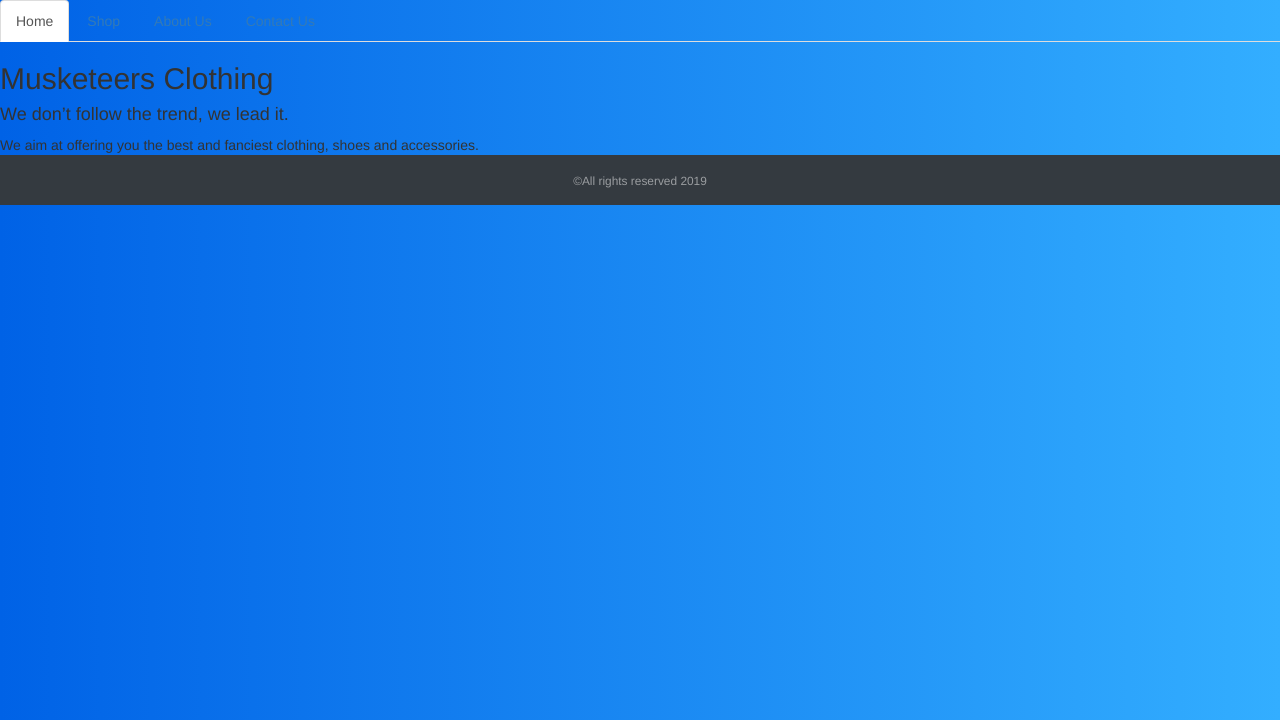
Repository: hamadanoor9/musketeers
Page: http://localhost/MusketeersClothing/WEB-INF/jsp/Home.jsp
The author's editor kept a copy of each file at every save. The page is drawn from the files as they stood at one save, then again after the next save.
The browser window is 1280 px wide. The pictures show the whole page.
The page is served by Tomcat 9. Nobody is signed in. The template is opened directly, without the code that normally fills it, so the values that code supplies are empty.

Above is the page before, as saved 2019-10-07 02:05:12.

After the next save:
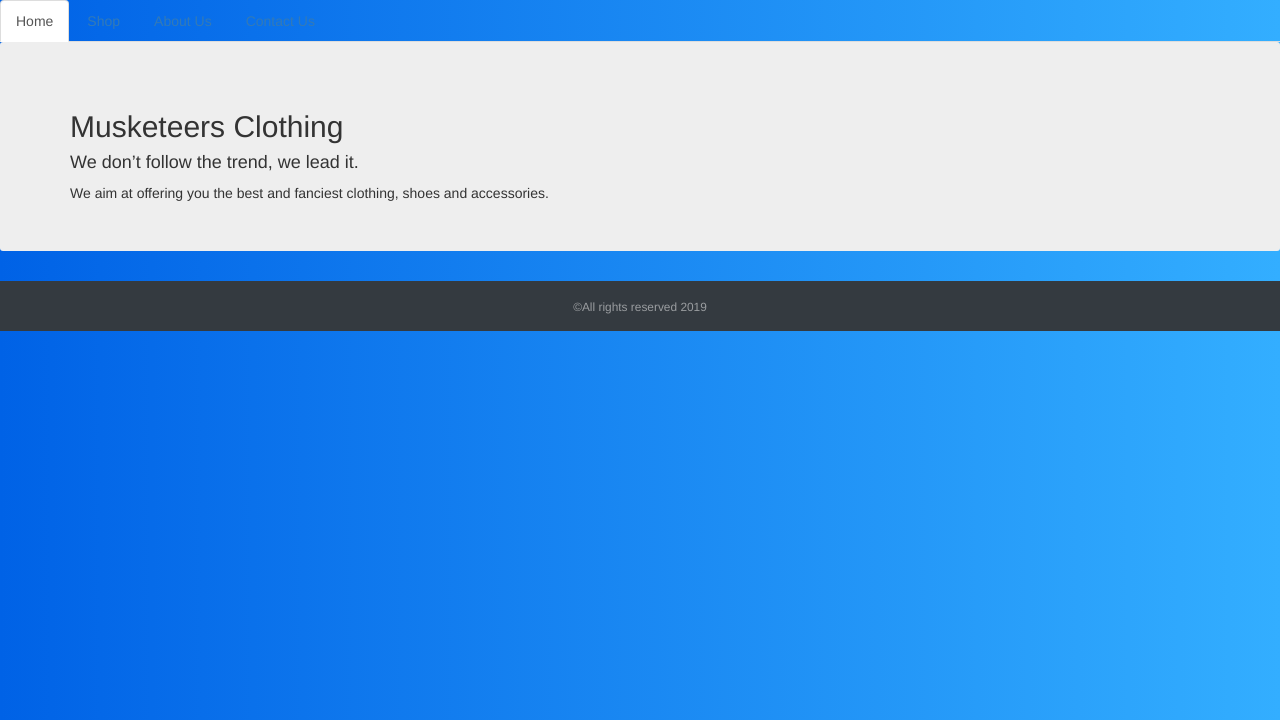
Saved 117 s later.
--- a/MusketeersClothing/WebContent/WEB-INF/jsp/Home.jsp
+++ b/MusketeersClothing/WebContent/WEB-INF/jsp/Home.jsp
@@ -1,8 +1,13 @@
 <%@ page language="java" contentType="text/html; charset=UTF-8"
     pageEncoding="UTF-8"%>
+    <jsp:include page="Header.jsp" />
+<div class="jumbotron">
+  <div class="container">
+    <h2>Musketeers Clothing</h2>
+	<h4>We don’t follow the trend, we lead it.</h4>
+We aim at offering you the best and fanciest clothing, shoes and accessories.
+  </div>
+</div>
 
-	<jsp:include page="Header.jsp" />
-<h2>Musketeers Clothing</h2>
-<h4>We don’t follow the trend, we lead it.</h4>
-We aim at offering you the best and fanciest clothing, shoes and accessories.
+
 	<jsp:include page="Footer.jsp" />
